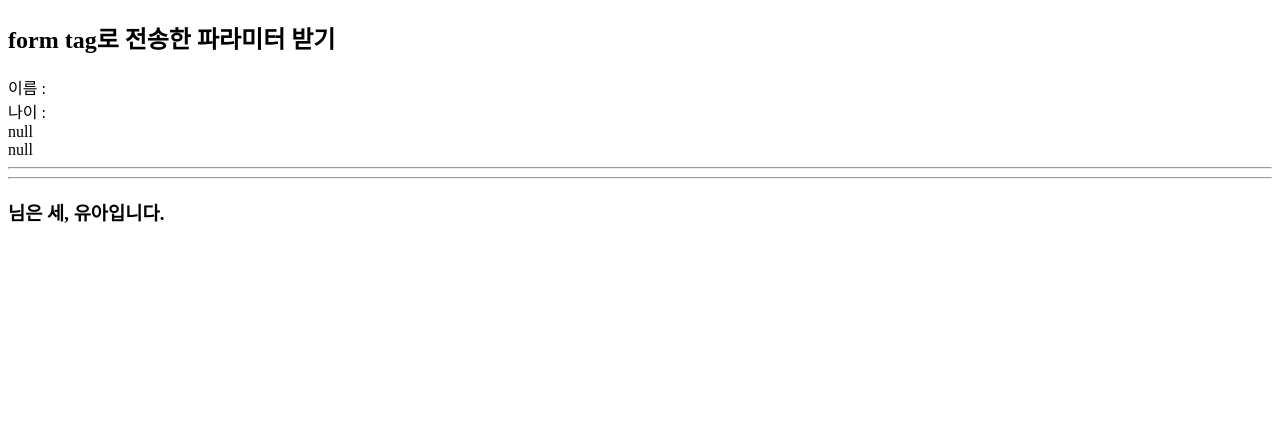
Repository: HaeunOh/study
Page: http://localhost/jstl_study/step-4.jsp
An editor plug-in stored every save of this project. The page is shown before and after the next save, followed by the edit.
The browser window is 1280 px wide. The pictures show the whole page.
The page is served by Tomcat 9.

Above is the page before, as saved 2024-04-11 03:45:58.

After the next save:
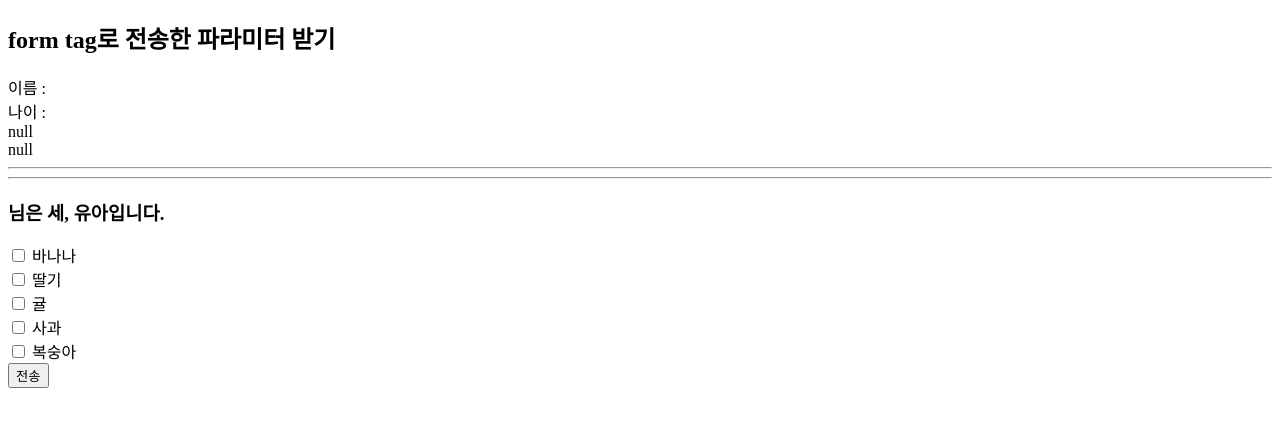
Saved 92 s later.
--- a/_jstl_workspace/jstl_study/src/main/webapp/step-4.jsp
+++ b/_jstl_workspace/jstl_study/src/main/webapp/step-4.jsp
@@ -46,7 +46,12 @@
 	</c:choose>
 
 	<form action="step-5.jsp">
-
+		<input type="checkbox" name="food" value="바나나"> 바나나 <br>
+		<input type="checkbox" name="food" value="딸기"> 딸기 <br>
+		<input type="checkbox" name="food" value="귤"> 귤 <br>
+		<input type="checkbox" name="food" value="사과"> 사과 <br>
+		<input type="checkbox" name="food" value="복숭아"> 복숭아 <br>
+		<button type="submit">전송</button>
 	</form>
 
 
